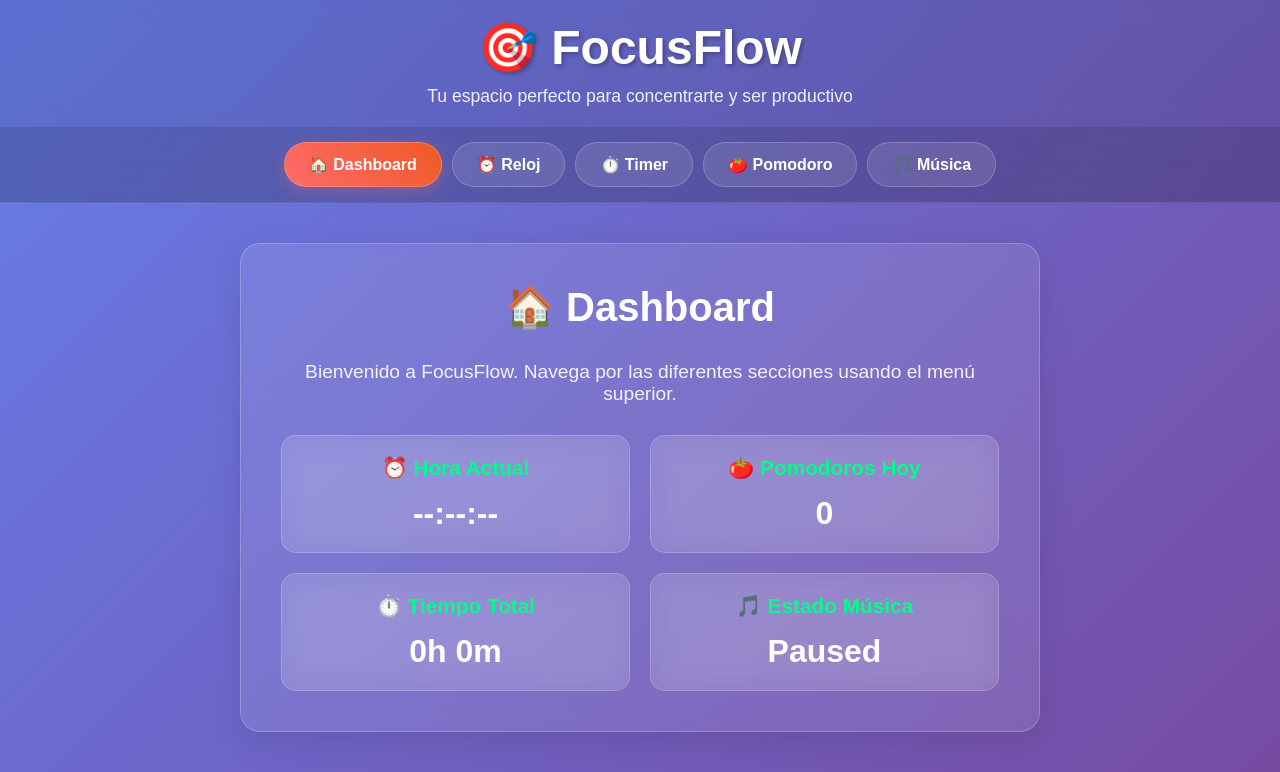
Repository: GravielPV/FocusFlow
Page: index.html
The author's editor kept a copy of each file at every save. The page is drawn from the files as they stood at one save, then again after a run of saves.
The browser window is 1280 px wide. The pictures show the whole page.

Above is the page before, as saved 2025-09-06 22:47:53.

### index.html
<!DOCTYPE html>
<html lang="es">
<head>
    <meta charset="UTF-8">
    <meta name="viewport" content="width=device-width, initial-scale=1.0">
    <title>FocusFlow - Tu Espacio de Concentración</title>
    <style>
        * {
            margin: 0;
            padding: 0;
            box-sizing: border-box;
        }

        body {
            font-family: 'Arial', sans-serif;
            background: linear-gradient(135deg, #667eea 0%, #764ba2 100%);
            min-height: 100vh;
            display: flex;
            flex-direction: column;
            color: white;
        }

        .header {
            text-align: center;
            padding: 20px 0;
            background: rgba(0, 0, 0, 0.1);
            backdrop-filter: blur(10px);
        }

        .header h1 {
            font-size: 3rem;
            margin-bottom: 10px;
            text-shadow: 2px 2px 4px rgba(0, 0, 0, 0.3);
        }

        .header p {
            font-size: 1.1rem;
            opacity: 0.9;
        }

        /* Barra de navegación */
        .navbar {
            background: rgba(0, 0, 0, 0.2);
            backdrop-filter: blur(15px);
            border-bottom: 1px solid rgba(255, 255, 255, 0.1);
            padding: 15px 0;
        }

        .nav-container {
            max-width: 1200px;
            margin: 0 auto;
            display: flex;
            justify-content: center;
            flex-wrap: wrap;
            gap: 10px;
            padding: 0 20px;
        }

        .nav-btn {
            background: rgba(255, 255, 255, 0.1);
            border: 1px solid rgba(255, 255, 255, 0.2);
            color: white;
            padding: 12px 24px;
            border-radius: 25px;
            cursor: pointer;
            font-size: 1rem;
            font-weight: bold;
            transition: all 0.3s ease;
            text-decoration: none;
            display: flex;
            align-items: center;
            gap: 8px;
        }

        .nav-btn:hover {
            background: rgba(255, 255, 255, 0.2);
            transform: translateY(-2px);
            box-shadow: 0 6px 20px rgba(255, 255, 255, 0.1);
        }

        .nav-btn.active {
            background: linear-gradient(45deg, #ff6b6b, #ee5a24);
            box-shadow: 0 4px 15px rgba(255, 107, 107, 0.3);
        }

        .content-container {
            flex: 1;
            display: flex;
            justify-content: center;
            align-items: center;
            padding: 40px 20px;
        }

        .page {
            display: none;
            max-width: 800px;
            width: 100%;
        }

        .page.active {
            display: block;
            animation: fadeIn 0.5s ease-in;
        }

        @keyframes fadeIn {
            from { opacity: 0; transform: translateY(20px); }
            to { opacity: 1; transform: translateY(0); }
        }

        .card {
            background: rgba(255, 255, 255, 0.1);
            border-radius: 20px;
            padding: 40px;
            backdrop-filter: blur(15px);
            border: 1px solid rgba(255, 255, 255, 0.2);
            box-shadow: 0 8px 32px rgba(0, 0, 0, 0.1);
            text-align: center;
        }

        .card h2 {
            font-size: 2.5rem;
            margin-bottom: 30px;
            color: #fff;
        }

        .digital-clock {
            font-size: 4rem;
            font-weight: bold;
            color: #00ff88;
            text-shadow: 0 0 20px rgba(0, 255, 136, 0.5);
            margin-bottom: 20px;
        }

        .date {
            font-size: 1.4rem;
            opacity: 0.8;
            margin-bottom: 30px;
        }

        .timer-display {
            font-size: 5rem;
            font-weight: bold;
            margin: 30px 0;
            color: #ff6b6b;
            text-shadow: 0 0 20px rgba(255, 107, 107, 0.5);
        }

        .timer-controls {
            display: flex;
            gap: 15px;
            justify-content: center;
            flex-wrap: wrap;
            margin: 30px 0;
        }

        .btn {
            background: linear-gradient(45deg, #ff6b6b, #ee5a24);
            border: none;
            color: white;
            padding: 15px 30px;
            border-radius: 25px;
            cursor: pointer;
            font-size: 1.1rem;
            font-weight: bold;
            transition: all 0.3s ease;
            box-shadow: 0 4px 15px rgba(255, 107, 107, 0.3);
        }

        .btn:hover {
            transform: translateY(-2px);
            box-shadow: 0 6px 20px rgba(255, 107, 107, 0.4);
        }

        .btn.secondary {
            background: linear-gradient(45deg, #74b9ff, #0984e3);
            box-shadow: 0 4px 15px rgba(116, 185, 255, 0.3);
        }

        .btn.secondary:hover {
            box-shadow: 0 6px 20px rgba(116, 185, 255, 0.4);
        }

        .timer-input {
            display: flex;
            gap: 15px;
            justify-content: center;
            align-items: center;
            margin: 30px 0;
        }

        .timer-input input {
            background: rgba(255, 255, 255, 0.1);
            border: 1px solid rgba(255, 255, 255, 0.3);
            border-radius: 10px;
            padding: 12px 16px;
            color: white;
            text-align: center;
            width: 80px;
            font-size: 1.3rem;
        }

        .timer-input input::placeholder {
            color: rgba(255, 255, 255, 0.6);
        }

        .timer-input span {
            font-size: 2rem;
            font-weight: bold;
        }

        .pomodoro-stats {
            display: flex;
            justify-content: space-around;
            margin: 40px 0;
            text-align: center;
        }

        .stat {
            flex: 1;
        }

        .stat-number {
            font-size: 3rem;
            font-weight: bold;
            color: #00ff88;
        }

        .stat-label {
            font-size: 1.1rem;
            opacity: 0.8;
            margin-top: 10px;
        }

        .music-input {
            width: 100%;
            background: rgba(255, 255, 255, 0.1);
            border: 1px solid rgba(255, 255, 255, 0.3);
            border-radius: 10px;
            padding: 15px;
            color: white;
            font-size: 1.1rem;
            margin: 20px 0;
        }

        .music-input::placeholder {
            color: rgba(255, 255, 255, 0.6);
        }

        .music-player {
            margin: 30px 0;
            background: rgba(0, 0, 0, 0.2);
            border-radius: 15px;
            padding: 25px;
            display: none;
        }

        .music-title {
            font-weight: bold;
            margin-bottom: 20px;
            font-size: 1.2rem;
        }

        .volume-control {
            display: flex;
            align-items: center;
            gap: 15px;
            margin-top: 20px;
        }

        .volume-slider {
            flex: 1;
            height: 8px;
            background: rgba(255, 255, 255, 0.3);
            border-radius: 4px;
            outline: none;
            -webkit-appearance: none;
        }

        .volume-slider::-webkit-slider-thumb {
            appearance: none;
            width: 20px;
            height: 20px;
            background: #ff6b6b;
            border-radius: 50%;
            cursor: pointer;
        }

        .recommended-music {
            margin-top: 30px;
        }

        .recommended-music h3 {
            margin-bottom: 20px;
            font-size: 1.4rem;
        }

        .recommended-buttons {
            display: flex;
            gap: 10px;
            flex-wrap: wrap;
            justify-content: center;
        }

        .notification {
            position: fixed;
            top: 20px;
            right: 20px;
            background: rgba(0, 255, 136, 0.9);
            color: white;
            padding: 15px 20px;
            border-radius: 10px;
            display: none;
            box-shadow: 0 4px 20px rgba(0, 0, 0, 0.2);
            z-index: 1000;
            animation: slideIn 0.3s ease;
        }

        @keyframes slideIn {
            from { transform: translateX(100%); opacity: 0; }
            to { transform: translateX(0); opacity: 1; }
        }

        /* Dashboard específico */
        .dashboard-grid {
            display: grid;
            grid-template-columns: repeat(auto-fit, minmax(250px, 1fr));
            gap: 20px;
            margin-top: 20px;
        }

        .dashboard-card {
            background: rgba(255, 255, 255, 0.1);
            border-radius: 15px;
            padding: 20px;
            backdrop-filter: blur(15px);
            border: 1px solid rgba(255, 255, 255, 0.2);
            transition: transform 0.3s ease;
        }

        .dashboard-card:hover {
            transform: translateY(-5px);
        }

        .dashboard-card h3 {
            font-size: 1.3rem;
            margin-bottom: 15px;
            color: #00ff88;
        }

        .dashboard-value {
            font-size: 2rem;
            font-weight: bold;
            color: white;
        }

        @media (max-width: 768px) {
            .header h1 {
                font-size: 2rem;
            }

            .nav-container {
                gap: 5px;
            }

            .nav-btn {
                padding: 10px 16px;
                font-size: 0.9rem;
            }

            .digital-clock {
                font-size: 2.5rem;
            }

            .timer-display {
                font-size: 3rem;
            }

            .card {
                padding: 20px;
            }

            .card h2 {
                font-size: 2rem;
            }

            .timer-input input {
                width: 60px;
                font-size: 1.1rem;
            }

            .pomodoro-stats {
                flex-direction: column;
                gap: 20px;
            }
        }
    </style>
</head>
<body>
    <div class="header">
        <h1>🎯 FocusFlow</h1>
        <p>Tu espacio perfecto para concentrarte y ser productivo</p>
    </div>

    <!-- Barra de navegación -->
    <nav class="navbar">
        <div class="nav-container">
            <button class="nav-btn active" onclick="showPage('dashboard')">🏠 Dashboard</button>
            <button class="nav-btn" onclick="showPage('clock')">⏰ Reloj</button>
            <button class="nav-btn" onclick="showPage('timer')">⏱️ Timer</button>
            <button class="nav-btn" onclick="showPage('pomodoro')">🍅 Pomodoro</button>
            <button class="nav-btn" onclick="showPage('music')">🎵 Música</button>
        </div>
    </nav>

    <div class="content-container">
        <!-- Dashboard -->
        <div class="page active" id="dashboard">
            <div class="card">
                <h2>🏠 Dashboard</h2>
                <p style="font-size: 1.2rem; opacity: 0.9; margin-bottom: 30px;">
                    Bienvenido a FocusFlow. Navega por las diferentes secciones usando el menú superior.
                </p>

                <div class="dashboard-grid">
                    <div class="dashboard-card">
                        <h3>⏰ Hora Actual</h3>
                        <div class="dashboard-value" id="dashboardClock">--:--:--</div>
                    </div>

                    <div class="dashboard-card">
                        <h3>🍅 Pomodoros Hoy</h3>
                        <div class="dashboard-value" id="dashboardPomodoros">0</div>
                    </div>

                    <div class="dashboard-card">
                        <h3>⏱️ Tiempo Total</h3>
                        <div class="dashboard-value" id="dashboardTime">0h 0m</div>
                    </div>

                    <div class="dashboard-card">
                        <h3>🎵 Estado Música</h3>
                        <div class="dashboard-value" id="dashboardMusic">Paused</div>
                    </div>
                </div>
            </div>
        </div>

        <!-- Reloj Digital -->
        <div class="page" id="clock">
            <div class="card">
                <h2>⏰ Reloj Digital</h2>
                <div class="digital-clock" id="digitalClock">00:00:00</div>
                <div class="date" id="currentDate"></div>
            </div>
        </div>

        <!-- Timer Personalizado -->
        <div class="page" id="timer">
            <div class="card">
                <h2>⏱️ Timer Personalizado</h2>
                <div class="timer-display" id="timerDisplay">00:00</div>
                <div class="timer-input">
                    <input type="number" id="minutesInput" placeholder="Min" min="0" max="60" value="25">
                    <span>:</span>
                    <input type="number" id="secondsInput" placeholder="Seg" min="0" max="59" value="0">
                </div>
                <div class="timer-controls">
                    <button class="btn" onclick="startTimer()">▶️ Iniciar</button>
                    <button class="btn secondary" onclick="pauseTimer()">⏸️ Pausar</button>
                    <button class="btn secondary" onclick="resetTimer()">🔄 Reiniciar</button>
                </div>
            </div>
        </div>

        <!-- Pomodoro -->
        <div class="page" id="pomodoro">
            <div class="card">
                <h2>🍅 Sesión Pomodoro</h2>
                <div class="timer-display" id="pomodoroDisplay">25:00</div>
                <div class="pomodoro-stats">
                    <div class="stat">
                        <div class="stat-number" id="completedPomodoros">0</div>
                        <div class="stat-label">Completados Hoy</div>
                    </div>
                    <div class="stat">
                        <div class="stat-number" id="currentSession">Trabajo</div>
                        <div class="stat-label">Sesión Actual</div>
                    </div>
                </div>
                <div class="timer-controls">
                    <button class="btn" onclick="startPomodoro()">🍅 Iniciar Pomodoro</button>
                    <button class="btn secondary" onclick="pausePomodoro()">⏸️ Pausar</button>
                    <button class="btn secondary" onclick="resetPomodoro()">🔄 Reiniciar</button>
                </div>
            </div>
        </div>

        <!-- Reproductor de Música -->
        <div class="page" id="music">
            <div class="card">
                <h2>🎵 Música para Concentración</h2>
                <p style="font-size: 1.1rem; opacity: 0.9; margin-bottom: 20px;">
                    Pega aquí el enlace de YouTube Music:
                </p>
                <input type="text" class="music-input" id="musicUrl" placeholder="https://music.youtube.com/watch?v=...">

                <div class="timer-controls">
                    <button class="btn" onclick="loadMusic()">🎵 Cargar Música</button>
                    <button class="btn secondary" onclick="toggleMusic()">⏸️ Pausar/Reproducir</button>
                </div>

                <div class="music-player" id="musicPlayer">
                    <div class="music-title" id="musicTitle">🎵 Música Cargada</div>
                    <div class="volume-control">
                        <span style="font-size: 1.2rem;">🔊</span>
                        <input type="range" class="volume-slider" id="volumeSlider" min="0" max="100" value="70">
                        <span id="volumeValue">70%</span>
                    </div>
                </div>

                <div class="recommended-music">
                    <h3>🎧 Música Recomendada para Estudiar:</h3>
                    <div class="recommended-buttons">
                        <button class="btn secondary" onclick="playRecommended('lofi')">Lo-Fi Hip Hop</button>
                        <button class="btn secondary" onclick="playRecommended('nature')">Sonidos de Naturaleza</button>
                        <button class="btn secondary" onclick="playRecommended('classical')">Música Clásica</button>
                        <button class="btn secondary" onclick="playRecommended('ambient')">Ambient</button>
                    </div>
                </div>
            </div>
        </div>
    </div>

    <!-- Notificación -->
    <div class="notification" id="notification"></div>

    <script>

    </script>
</body>
</html>

Loaded but not shown: App.js (295 lines, source omitted)

After the next 2 saves:
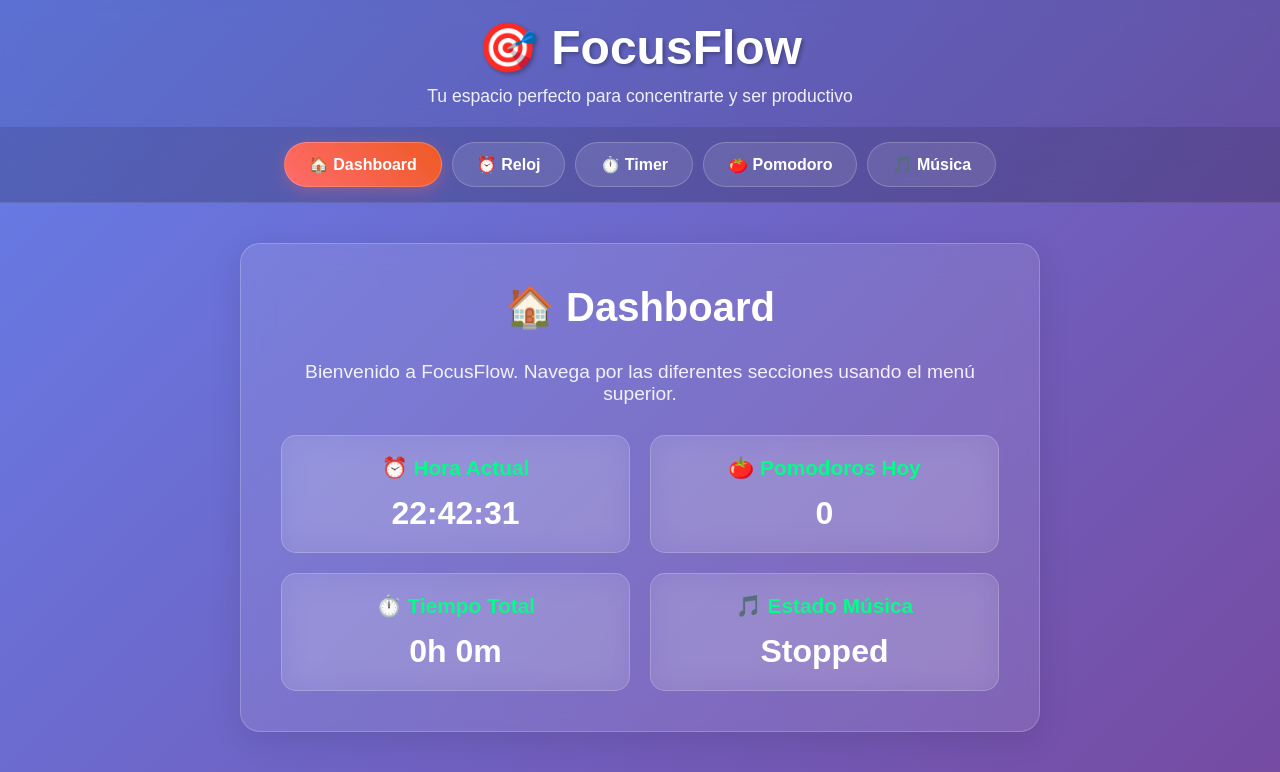
The 2 saves are shown as one change because they came seconds apart.
The last was saved 7 s later.
--- a/index.html
+++ b/index.html
@@ -534,7 +534,7 @@
     <!-- Notificación -->
     <div class="notification" id="notification"></div>
 
-    <script>
+    <script src="App.js">
 
     </script>
 </body>
